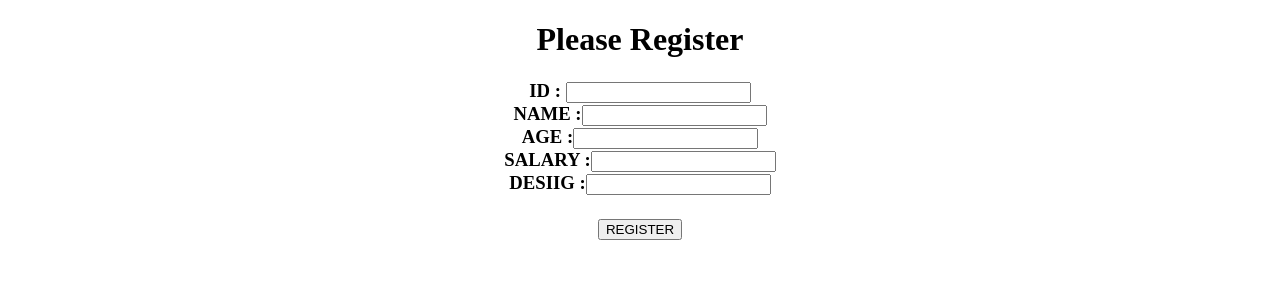
Repository: Thaneshwara848/E-Y
Page: Jdbc-Servlet-Jsp/WbeDemo2/src/main/webapp/Register.html
An editor plug-in stored every save of this project. The page is shown before and after the next save, followed by the edit.
The browser window is 1280 px wide. The pictures show the whole page.

Above is the page before, as saved 2023-05-19 11:30:14.

### Jdbc-Servlet-Jsp/WbeDemo2/src/main/webapp/Register.html
<!DOCTYPE html>
<html>
<head>
<meta charset="UTF-8">
<title>Insert title here</title>
</head>
<body>
<div style="text-align: center;">
	<h1> Please Register</h1>
	<h3>

	ID 	: <input type="text" name="uid"><br>
	NAME :<input type="text" name="uname"><br>
	AGE  :<input type="text" name="uage"><br>
	SALARY :<input type="text" name="usalary"><br>
	DESIIG :<input type="text" name="udesig"><br>

	<br>

	<input type="submit" value="REGISTER">

	</h3>
</div>

</body>
</html>

After the next save:
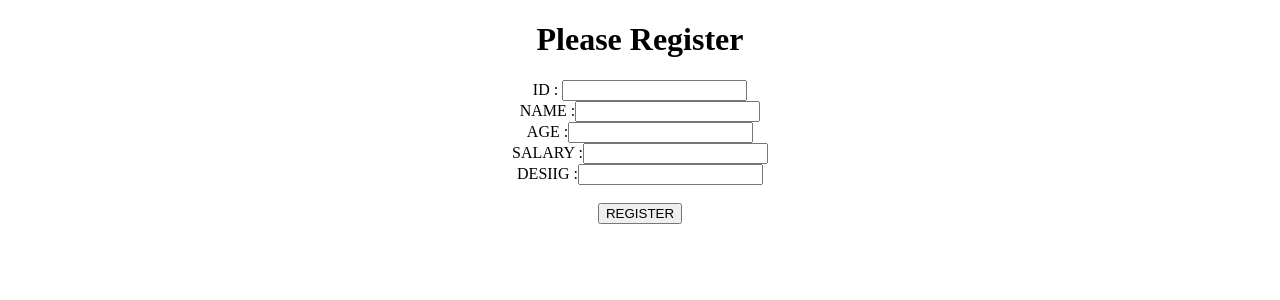
Saved 26 s later.
--- a/Jdbc-Servlet-Jsp/WbeDemo2/src/main/webapp/Register.html
+++ b/Jdbc-Servlet-Jsp/WbeDemo2/src/main/webapp/Register.html
@@ -7,13 +7,15 @@
 <body>
 <div style="text-align: center;">
 	<h1> Please Register</h1>
-	<h3>
-
-	ID 	: <input type="text" name="uid"><br>
+	<form action="">
+		ID 	: <input type="text" name="uid"><br>
 	NAME :<input type="text" name="uname"><br>
 	AGE  :<input type="text" name="uage"><br>
 	SALARY :<input type="text" name="usalary"><br>
 	DESIIG :<input type="text" name="udesig"><br>
+
+	</form>
+
 
 	<br>
 
